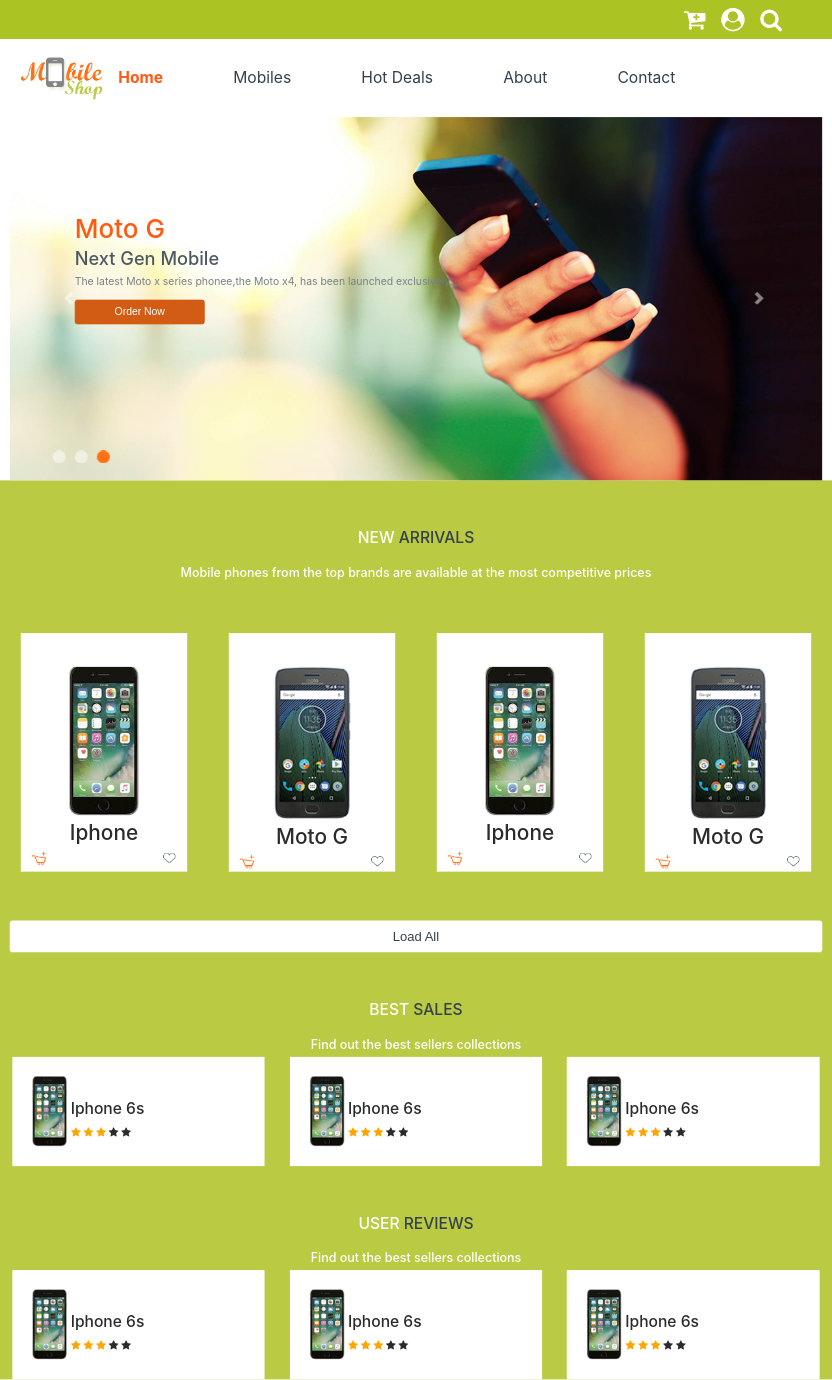
Repository: rajmohanr/mobile
Page: index.html
These files come from the project's save history. The page is drawn as it stood at one moment and after the next save; the edit follows.
The browser window is 1280 px wide. The pictures show the whole page, at 65% of full size.

Above is the page before, as saved 2018-04-04 22:16:42.
Console error (its wording comes from the project's code and is left out).

### index.html
<!DOCTYPE html>
<html lang="en">
  <head>
    <meta charset="utf-8">
    <meta http-equiv="X-UA-Compatible" content="IE=edge">
    <meta name="viewport" content="width=device-width, initial-scale=1">

    <title>Bootstrap 4, from LayoutIt!</title>

    <meta name="description" content="Source code generated using layoutit.com">
    <meta name="author" content="LayoutIt!">

    <link href="css/bootstrap.min.css" rel="stylesheet">
	<link href="css/style.css" rel="stylesheet">
	<link rel="stylesheet" href="https://cdnjs.cloudflare.com/ajax/libs/font-awesome/4.7.0/css/font-awesome.min.css">

  </head>
  <body>

    <div class="container-fluid">
	<div class="row">
		<div class="col-md-12">
			<div class="row">
				<div class="col-md-12 top-bar">
					<a href="#" class="top-bar-icons last-icon"><i class="fa fa-search"  style="font-size:36px;color:white;"></i></a>
					<a href="#" class="top-bar-icons"><i class="fa fa-user-circle"  style="font-size:36px;color:white;"></i></a>
					<a href="#" class="top-bar-icons"><i class="fa fa-cart-plus"  style="font-size:36px;color:white;"></i></a>
				</div>
			</div>
			<nav class="navbar navbar-toggleable-md navbar-light bg-faded">

				<button class="navbar-toggler navbar-toggler-right" type="button" data-toggle="collapse" data-target="#bs-example-navbar-collapse-1">
					<span class="navbar-toggler-icon"></span>
				</button> <a class="navbar-brand" href="#"><img src="images/logo.png" /></a>
				<div class="collapse navbar-collapse" id="bs-example-navbar-collapse-1">
					<ul class="navbar-nav float-md-right">
						<li class="nav-item active">
							 <a class="nav-link" href="#">Home <span class="sr-only">(current)</span></a>
						</li>
						<li class="nav-item">
							 <a class="nav-link" href="#">Mobiles</a>
						</li>
						<li class="nav-item">
								<a class="nav-link" href="#">Hot Deals</a>
						</li>
						<li class="nav-item">
								<a class="nav-link" href="#">About</a>
						</li>
						<li class="nav-item">
								<a class="nav-link" href="#">Contact</a>
						</li>
					</ul>
				</div>
			</nav>

			<div class="row">
				<div class="col-md-12">
					<div class="carousel slide" id="carousel-452932">
						<ol class="carousel-indicators">
							<li data-slide-to="0" data-target="#carousel-452932">
							</li>
							<li data-slide-to="1" data-target="#carousel-452932">
							</li>
							<li data-slide-to="2" data-target="#carousel-452932" class="active">
							</li>
						</ol>
						<div class="carousel-inner">
							<div class="carousel-item">
								<img class="d-block w-100" alt="Carousel Bootstrap First" src="images/carosuel.png" />
								<div class="carousel-caption">
									<h4>
										Moto G
									</h4>
									<h3>
										Next Gen Mobile
									</h3>
									<p>
										The latest Moto x series phonee,the Moto x4, has been launched exclusively.
									</p>
									<button type="button" class="btn btn-primary">Order Now</button>
								</div>
							</div>
							<div class="carousel-item">
								<img class="d-block w-100" alt="Carousel Bootstrap Second" src="images/carosuel.png" />
								<div class="carousel-caption">
									<h4>
										Moto G
									</h4>
									<h3>
										Next Gen Mobile
									</h3>
									<p>
										The latest Moto x series phonee,the Moto x4, has been launched exclusively.
									</p>
									<button type="button" class="btn btn-primary">Order Now</button>
								</div>
							</div>
							<div class="carousel-item active">
								<img class="d-block w-100" alt="Carousel Bootstrap Third" src="images/carosuel.png" />
								<div class="carousel-caption">
									<h4>
										Moto G
									</h4>
									<h3>
										Next Gen Mobile
									</h3>
									<p>
										The latest Moto x series phonee,the Moto x4, has been launched exclusively.
									</p>
									<button type="button" class="btn btn-primary">Order Now</button>
								</div>
							</div>
						</div> <a class="carousel-control-prev" href="#carousel-452932" data-slide="prev"><span class="carousel-control-prev-icon"></span> <span class="sr-only">Previous</span></a> <a class="carousel-control-next" href="#carousel-452932" data-slide="next"><span class="carousel-control-next-icon"></span> <span class="sr-only">Next</span></a>
					</div>
				</div>
			</div>

		</div>
	</div>
	<div id="middle-wrapper" class="row">
		<div class="col-md-12">
			<div id="middle-title" class="row">
				<div class="col-md-12">
					<h1 class="text-center">
							NEW <span class="text-highlight">ARRIVALS</span>
					</h1>
					<h2 class="text-center">
						Mobile phones from the top brands are available at the most competitive prices
					</h2>
				</div>
			</div>
			<div id="middle-box" class="row">
				<div class="col-md-3 middle-box-cont">

					<div class="image-section">
						<img src="images/mobile1.png" class="img-fluid" />
					</div>
					<div class="title-section">
						<h2>
							Iphone
						</h2>
					</div>
					<div class="bottom-section">
						<div class="cart-sec">
							<a href="#"><img src="images/cart.png"></a>
						</div>
						<div class="wishlist-sec">
							<a href="#"><img src="images/whishlist.png"></a>
						</div>

					</div>
				</div>
				<div class="col-md-3 middle-box-cont">

						<div class="image-section">
							<img src="images/mobile2.png" class="img-fluid" />
						</div>
						<div class="title-section">
							<h2>
								Moto G
							</h2>
						</div>
						<div class="bottom-section">
							<div class="cart-sec">
								<a href="#"><img src="images/cart.png"></a>
							</div>
							<div class="wishlist-sec">
								<a href="#"><img src="images/whishlist.png"></a>
							</div>

						</div>
					</div>
					<div class="col-md-3 middle-box-cont">

							<div class="image-section">
								<img src="images/mobile1.png" class="img-fluid" />
							</div>
							<div class="title-section">
								<h2>
									Iphone
								</h2>
							</div>
							<div class="bottom-section">
								<div class="cart-sec">
									<a href="#"><img src="images/cart.png"></a>
								</div>
								<div class="wishlist-sec">
									<a href="#"><img src="images/whishlist.png"></a>
								</div>

							</div>
						</div>
						<div class="col-md-3 middle-box-cont">

							<div class="image-section">
								<img src="images/mobile2.png" class="img-fluid" />
							</div>
							<div class="title-section">
								<h2>
									Moto G
								</h2>
							</div>
							<div class="bottom-section">
								<div class="cart-sec">
									<a href="#"><img src="images/cart.png"></a>
								</div>
								<div class="wishlist-sec">
									<a href="#"><img src="images/whishlist.png"></a>
								</div>

							</div>
						</div>
			</div>
			<div id="load-section" class="row">
				<div class="col-md-12">
					<button type="button" class="btn btn-primary btn-lg btn-block">
						Load All
					</button>
				</div>
			</div>
			<div id="middle-title" class="row">
				<div class="col-md-12">
					<h1 class="text-center">
							BEST <span class="text-highlight">SALES</span>
					</h1>
					<h2 class="text-center">
						Find out the best sellers collections
					</h2>
				</div>
			</div>
			<div id="best-arrival" class="row">
					<div class="col-md-4 inner-section">
						<img alt="mobile" src="images/thumbnailmobile.png" />
						<h2 class="text-center">
								Iphone 6s
						</h2>
						<div class="rating-section">
							<span class="fa fa-star checked"></span>
							<span class="fa fa-star checked"></span>
							<span class="fa fa-star checked"></span>
							<span class="fa fa-star"></span>
							<span class="fa fa-star"></span>
						</div>

					</div>
					<div class="col-md-4 inner-section">
						<img alt="mobile" src="images/thumbnailmobile.png"  />
						<h2 class="text-center">
								Iphone 6s
						</h2>
						<div class="rating-section">
							<span class="fa fa-star checked"></span>
							<span class="fa fa-star checked"></span>
							<span class="fa fa-star checked"></span>
							<span class="fa fa-star"></span>
							<span class="fa fa-star"></span>
						</div>
					</div>
					<div class="col-md-4 inner-section">
						<img alt="mobile" src="images/thumbnailmobile.png"  />
						<h2 class="text-center">
								Iphone 6s
						</h2>
						<div class="rating-section">
							<span class="fa fa-star checked"></span>
							<span class="fa fa-star checked"></span>
							<span class="fa fa-star checked"></span>
							<span class="fa fa-star"></span>
							<span class="fa fa-star"></span>
						</div>
					</div>
				</div>
				<div id="middle-title" class="row">
					<div class="col-md-12">
						<h1 class="text-center">
								USER <span class="text-highlight">REVIEWS</span>
						</h1>
						<h2 class="text-center">
							Find out the best sellers collections
						</h2>
					</div>
				</div>
				<div id="best-arrival" class="row">
					<div class="col-md-4 inner-section">
						<img alt="mobile" src="images/thumbnailmobile.png" />
						<h2 class="text-center">
								Iphone 6s
						</h2>
						<div class="rating-section">
							<span class="fa fa-star checked"></span>
							<span class="fa fa-star checked"></span>
							<span class="fa fa-star checked"></span>
							<span class="fa fa-star"></span>
							<span class="fa fa-star"></span>
						</div>

					</div>
					<div class="col-md-4 inner-section">
						<img alt="mobile" src="images/thumbnailmobile.png"  />
						<h2 class="text-center">
								Iphone 6s
						</h2>
						<div class="rating-section">
							<span class="fa fa-star checked"></span>
							<span class="fa fa-star checked"></span>
							<span class="fa fa-star checked"></span>
							<span class="fa fa-star"></span>
							<span class="fa fa-star"></span>
						</div>
					</div>
					<div class="col-md-4 inner-section">
						<img alt="mobile" src="images/thumbnailmobile.png"  />
						<h2 class="text-center">
								Iphone 6s
						</h2>
						<div class="rating-section">
							<span class="fa fa-star checked"></span>
							<span class="fa fa-star checked"></span>
							<span class="fa fa-star checked"></span>
							<span class="fa fa-star"></span>
							<span class="fa fa-star"></span>
						</div>
					</div>
				</div>
		</div>
	</div>
	<div class="row">
		<div class="col-md-12">
		</div>
	</div>
</div>

    <script src="js/jquery.min.js"></script>
    <script src="js/bootstrap.min.js"></script>
    <script src="js/scripts.js"></script>
  </body>
</html>

### css/style.css
.top-bar{
    height: 60px;
    background-color: #acc324;
}

.top-bar-icons{
    float: right;
    padding: 12px;
    position: relative;
}

.last-icon{
    margin-right: 50px;
}

.navbar{
    height: 120px;
    background-color: #fff;
}

.navbar-light .navbar-nav .active>.nav-link, .navbar-light .navbar-nav .nav-link.active, .navbar-light .navbar-nav .nav-link.open, .navbar-light .navbar-nav .open>.nav-link{
    color: #ff5912!important;
    font-weight: bold;
    font-size: 24px;
}

.navbar-nav .nav-link{
    padding-right: 100px!important;
}

.navbar-light .navbar-nav .nav-link{
    color: #34404b!important;
    font-size: 24px;
}

.carousel-caption{
    text-align: left!important;
    left: 100px!important;
    bottom: 0px!important;
    top:130px!important;
}

.carousel-caption h4{
    color: #ff5912!important;
    font-size: 2.5rem!important;
}

.carousel-caption h3{
    color: #4C5963!important;
}

.carousel-caption p{
    color: #788186!important;
}
.btn-primary{
    color: #fff;
    background-color: #D25C14!important;
    border-color: #D25C14!important;
    width: 200px;
}

.carousel-indicators li {
    border-radius: 12px;
    width: 20px;
    height: 20px;
    max-width: 20px!important;
    margin-right: 1%;
}
.carousel-indicators {
    margin-right: 5%!important;
    margin-left: 5%!important;
    justify-content: left!important;
}

.carousel-indicators .active {
    background-color: #FF7013!important;
}

#middle-wrapper{
    background-color: #BACA43;
}
#middle-box{
    margin-top: 75px;
    margin-bottom: 75px;
}
#middle-title h1{
    font-size: 1.5rem;
    color: #fff;
    margin-top: 75px;
}

#middle-title h2{
    font-size: 1.2rem;
    color: #fff;
    margin-top: 30px;

}

.middle-box-cont{
    background-color: #fff;
    margin-bottom:15px;
}

@media (min-width: 768px){
    .middle-box-cont {

        flex: 0 0 20%;
        max-width: 20%;
        height: 367px!important;
        padding: 2px;
        margin: 0 auto;
        position: relative;
        float: left;


    }
}
.image-section{
    text-align: center;
    margin: 50px;
    margin-bottom: 10px;
}

.title-section{
    text-align: center;
}

.bottom-section{

}

.cart-sec{
    width: 50%;
    float: left;
    padding-left: 15px;
    margin-bottom: 10px;

}

.wishlist-sec{
    width: 50%;
    float: right;
    text-align: right;
    padding-right: 15px;
    margin-bottom: 10px;
}

.text-highlight{
    color: #34404b!important;
}

#load-section{

}

#load-section .btn-primary{
    width: 100%!important;
    background-color: #fff!important;
    color: #34404b!important;
    border:none!important;
}

#best-arrival .inner-section{
    background-color: #fff;
    margin: 0 auto;
    padding:30px;
}

#best-arrival .inner-section h2{
    display: inline-block;
    font-size: 24px;
}

.checked {
    color: orange;
}

.rating-section{
    float: right;
    width: 78%;
    position: absolute;
    bottom: 40px;
    left: 90px;
}

@media (min-width: 768px){
    .inner-section {
        max-width: 30.333333%;
    }
}

Loaded but not shown: css/bootstrap.min.css (library); js/jquery.min.js (library); js/bootstrap.min.js (library); js/scripts.js (common file)

After the next save:
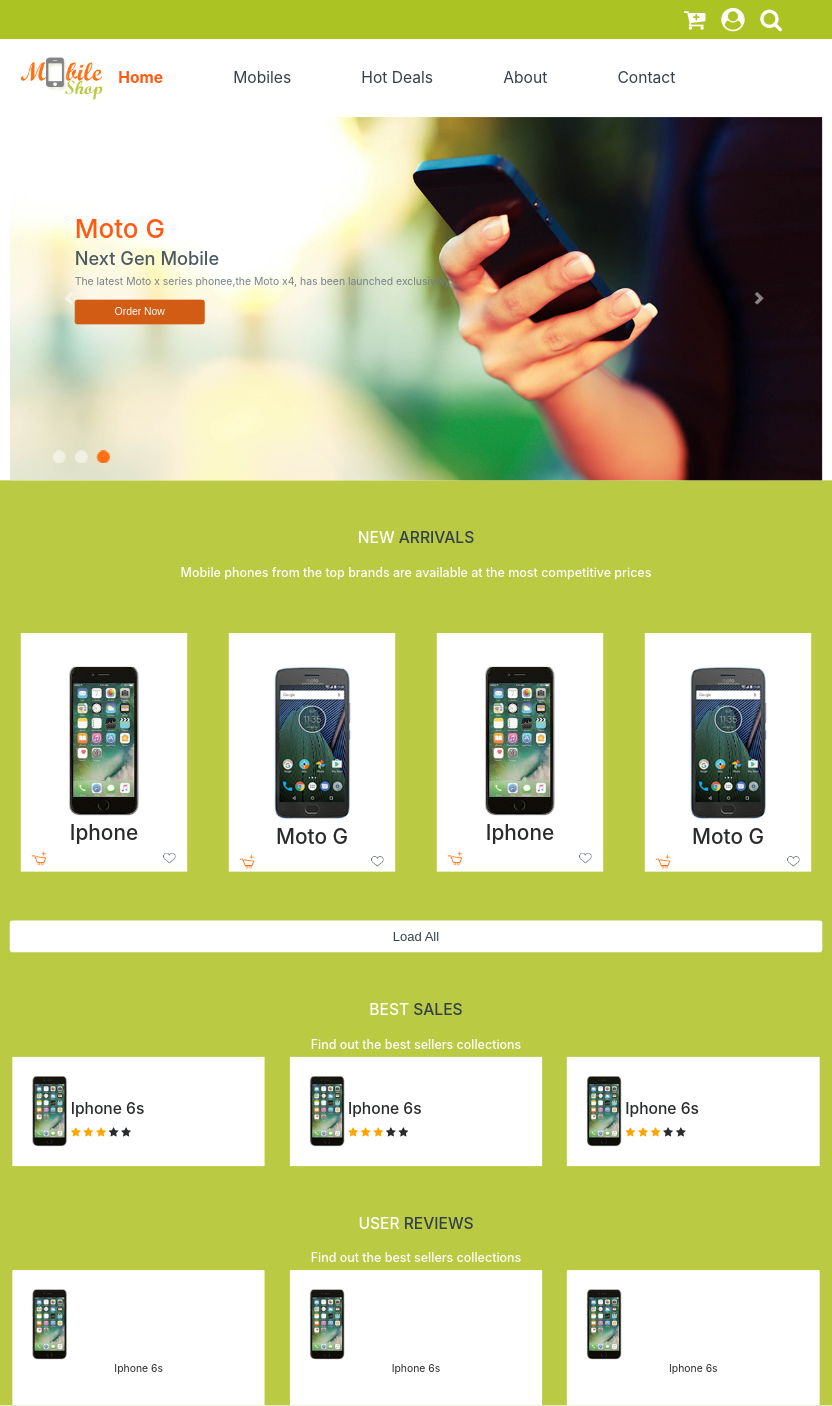
Saved 46 s later.
--- a/index.html
+++ b/index.html
@@ -283,43 +283,25 @@
 				<div id="best-arrival" class="row">
 					<div class="col-md-4 inner-section">
 						<img alt="mobile" src="images/thumbnailmobile.png" />
-						<h2 class="text-center">
-								Iphone 6s
-						</h2>
-						<div class="rating-section">
-							<span class="fa fa-star checked"></span>
-							<span class="fa fa-star checked"></span>
-							<span class="fa fa-star checked"></span>
-							<span class="fa fa-star"></span>
-							<span class="fa fa-star"></span>
-						</div>
+						<p class="text-center">
+								Iphone 6s
+						</p>
+
 
 					</div>
 					<div class="col-md-4 inner-section">
 						<img alt="mobile" src="images/thumbnailmobile.png"  />
-						<h2 class="text-center">
-								Iphone 6s
-						</h2>
-						<div class="rating-section">
-							<span class="fa fa-star checked"></span>
-							<span class="fa fa-star checked"></span>
-							<span class="fa fa-star checked"></span>
-							<span class="fa fa-star"></span>
-							<span class="fa fa-star"></span>
-						</div>
+						<p class="text-center">
+								Iphone 6s
+						</p>
+
 					</div>
 					<div class="col-md-4 inner-section">
 						<img alt="mobile" src="images/thumbnailmobile.png"  />
-						<h2 class="text-center">
-								Iphone 6s
-						</h2>
-						<div class="rating-section">
-							<span class="fa fa-star checked"></span>
-							<span class="fa fa-star checked"></span>
-							<span class="fa fa-star checked"></span>
-							<span class="fa fa-star"></span>
-							<span class="fa fa-star"></span>
-						</div>
+						<p class="text-center">
+								Iphone 6s
+						</p>
+
 					</div>
 				</div>
 		</div>
